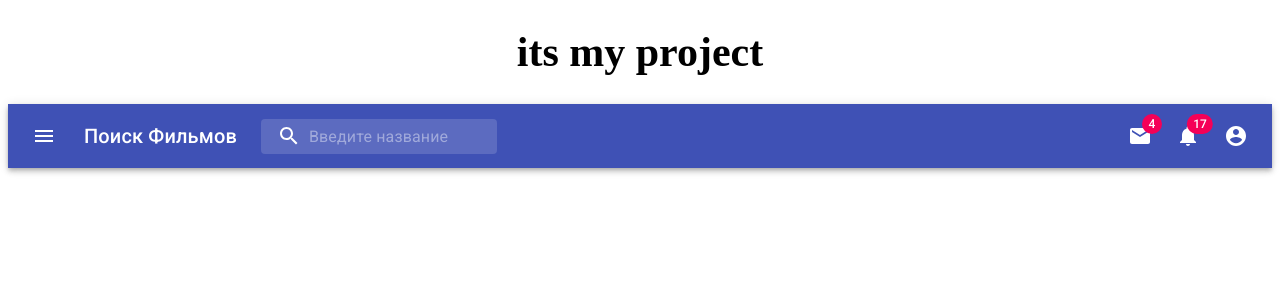
Repository: Hansol46/Films-archive
Page: /
These files come from the project's save history. The page is drawn as it stood at one moment and after the next save; the edit follows.
The browser window is 1280 px wide. The pictures show the whole page.
The page's requests for data from a server got no answer. The project was rebuilt for these pictures with package versions that can differ from the ones it lists, and the page was loaded fresh each time. No one was signed in, and anything a server would have sent is missing. Also part of the build but not shown: webpack.config.js.

Above is the page before, as saved 2020-09-25 01:13:44.

### src/index.html
<!DOCTYPE html>
<html lang="en">
<head>
    <meta charset="UTF-8">
    <meta name="viewport" content="width=device-width, initial-scale=1.0">
    <title>Search Films</title>
    <link rel="stylesheet" href="https://fonts.googleapis.com/css?family=Roboto:300,400,500,700&display=swap" />
    <link rel="stylesheet" href="https://fonts.googleapis.com/icon?family=Material+Icons" />
</head>
<body>
    <div id='root'>

    </div>
</body>
</html>

### src/index.js
import React from 'react'
import ReactDOM from 'react-dom'
import App from './components/App'


ReactDOM.render(<App />, document.getElementById('root'))

### src/components/App.js
import React from 'react'
import '../styles/App.css'
import PrimarySearchAppBar from './material/nav'
import Search from './Search'


function App () {
    return (
        <div>
            <h1> its my project</h1>
            <PrimarySearchAppBar />
            <Search />
        </div>
    )
}

export default App

### src/styles/App.css
h1 {
    color: black;
    text-align: center;
    font-size: 42px;
}

### src/components/material/nav.js
import React from 'react';
import { fade, makeStyles } from '@material-ui/core/styles';
import AppBar from '@material-ui/core/AppBar';
import Toolbar from '@material-ui/core/Toolbar';
import IconButton from '@material-ui/core/IconButton';
import Typography from '@material-ui/core/Typography';
import InputBase from '@material-ui/core/InputBase';
import Badge from '@material-ui/core/Badge';
import MenuItem from '@material-ui/core/MenuItem';
import Menu from '@material-ui/core/Menu';
import MenuIcon from '@material-ui/icons/Menu';
import SearchIcon from '@material-ui/icons/Search';
import AccountCircle from '@material-ui/icons/AccountCircle';
import MailIcon from '@material-ui/icons/Mail';
import NotificationsIcon from '@material-ui/icons/Notifications';
import MoreIcon from '@material-ui/icons/MoreVert';

const useStyles = makeStyles((theme) => ({
  grow: {
    flexGrow: 1,
  },
  menuButton: {
    marginRight: theme.spacing(2),
  },
  title: {
    display: 'none',
    [theme.breakpoints.up('sm')]: {
      display: 'block',
    },
  },
  search: {
    position: 'relative',
    borderRadius: theme.shape.borderRadius,
    backgroundColor: fade(theme.palette.common.white, 0.15),
    '&:hover': {
      backgroundColor: fade(theme.palette.common.white, 0.25),
    },
    marginRight: theme.spacing(2),
    marginLeft: 0,
    width: '100%',
    [theme.breakpoints.up('sm')]: {
      marginLeft: theme.spacing(3),
      width: 'auto',
    },
  },
  searchIcon: {
    padding: theme.spacing(0, 2),
    height: '100%',
    position: 'absolute',
    pointerEvents: 'none',
    display: 'flex',
    alignItems: 'center',
    justifyContent: 'center',
  },
  inputRoot: {
    color: 'inherit',
  },
  inputInput: {
    padding: theme.spacing(1, 1, 1, 0),
    // vertical padding + font size from searchIcon
    paddingLeft: `calc(1em + ${theme.spacing(4)}px)`,
    transition: theme.transitions.create('width'),
    width: '100%',
    [theme.breakpoints.up('md')]: {
      width: '20ch',
    },
  },
  sectionDesktop: {
    display: 'none',
    [theme.breakpoints.up('md')]: {
      display: 'flex',
    },
  },
  sectionMobile: {
    display: 'flex',
    [theme.breakpoints.up('md')]: {
      display: 'none',
    },
  },
}));

export default function PrimarySearchAppBar() {
  const classes = useStyles();
  const [anchorEl, setAnchorEl] = React.useState(null);
  const [mobileMoreAnchorEl, setMobileMoreAnchorEl] = React.useState(null);

  const isMenuOpen = Boolean(anchorEl);
  const isMobileMenuOpen = Boolean(mobileMoreAnchorEl);

  const handleProfileMenuOpen = (event) => {
    setAnchorEl(event.currentTarget);
  };

  const handleMobileMenuClose = () => {
    setMobileMoreAnchorEl(null);
  };

  const handleMenuClose = () => {
    setAnchorEl(null);
    handleMobileMenuClose();
  };

  const handleMobileMenuOpen = (event) => {
    setMobileMoreAnchorEl(event.currentTarget);
  };

  const menuId = 'primary-search-account-menu';
  const renderMenu = (
    <Menu
      anchorEl={anchorEl}
      anchorOrigin={{ vertical: 'top', horizontal: 'right' }}
      id={menuId}
      keepMounted
      transformOrigin={{ vertical: 'top', horizontal: 'right' }}
      open={isMenuOpen}
      onClose={handleMenuClose}
    >
      <MenuItem onClick={handleMenuClose}>Profile</MenuItem>
      <MenuItem onClick={handleMenuClose}>My account</MenuItem>
    </Menu>
  );

  const mobileMenuId = 'primary-search-account-menu-mobile';
  const renderMobileMenu = (
    <Menu
      anchorEl={mobileMoreAnchorEl}
      anchorOrigin={{ vertical: 'top', horizontal: 'right' }}
      id={mobileMenuId}
      keepMounted
      transformOrigin={{ vertical: 'top', horizontal: 'right' }}
      open={isMobileMenuOpen}
      onClose={handleMobileMenuClose}
    >
      <MenuItem>
        <IconButton aria-label="show 4 new mails" color="inherit">
          <Badge badgeContent={4} color="secondary">
            <MailIcon />
          </Badge>
        </IconButton>
        <p>Messages</p>
      </MenuItem>
      <MenuItem>
        <IconButton aria-label="show 11 new notifications" color="inherit">
          <Badge badgeContent={11} color="secondary">
            <NotificationsIcon />
          </Badge>
        </IconButton>
        <p>Notifications</p>
      </MenuItem>
      <MenuItem onClick={handleProfileMenuOpen}>
        <IconButton
          aria-label="account of current user"
          aria-controls="primary-search-account-menu"
          aria-haspopup="true"
          color="inherit"
        >
          <AccountCircle />
        </IconButton>
        <p>Profile</p>
      </MenuItem>
    </Menu>
  );

  return (
    <div className={classes.grow}>
      <AppBar position="static">
        <Toolbar>
          <IconButton
            edge="start"
            className={classes.menuButton}
            color="inherit"
            aria-label="open drawer"
          >
            <MenuIcon />
          </IconButton>
          <Typography className={classes.title} variant="h6" noWrap>
            Поиск Фильмов
          </Typography>
          <div className={classes.search}>
            <div className={classes.searchIcon}>
              <SearchIcon />
            </div>
            <InputBase
              placeholder="Введите название"
              classes={{
                root: classes.inputRoot,
                input: classes.inputInput,
              }}
              inputProps={{ 'aria-label': 'search' }}
            />
          </div>
          <div className={classes.grow} />
          <div className={classes.sectionDesktop}>
            <IconButton aria-label="show 4 new mails" color="inherit">
              <Badge badgeContent={4} color="secondary">
                <MailIcon />
              </Badge>
            </IconButton>
            <IconButton aria-label="show 17 new notifications" color="inherit">
              <Badge badgeContent={17} color="secondary">
                <NotificationsIcon />
              </Badge>
            </IconButton>
            <IconButton
              edge="end"
              aria-label="account of current user"
              aria-controls={menuId}
              aria-haspopup="true"
              onClick={handleProfileMenuOpen}
              color="inherit"
            >
              <AccountCircle />
            </IconButton>
          </div>
          <div className={classes.sectionMobile}>
            <IconButton
              aria-label="show more"
              aria-controls={mobileMenuId}
              aria-haspopup="true"
              onClick={handleMobileMenuOpen}
              color="inherit"
            >
              <MoreIcon />
            </IconButton>
          </div>
        </Toolbar>
      </AppBar>
      {renderMobileMenu}
      {renderMenu}
    </div>
  );
}

### src/components/Search.js
import React, { useEffect, useState } from 'react'

function Search() {

    const [state, setState] = useState([]);

    useEffect(() => {
        const APIurl = 'http://www.omdbapi.com/?i=tt3896198&apikey=480344f1'
        fetch(APIurl)
            .then(response => response.json())
            .then(json => setState(json))
    }, [])

    // http://www.omdbapi.com/?t=inception&y=&plot=short&r=json

    return(
        <div>
            {state.Title}
            <br></br>
            {state.Year}
            <br></br>
            <img src={state.Poster}/>
        </div>

    )


}
export default Search

After the next save:
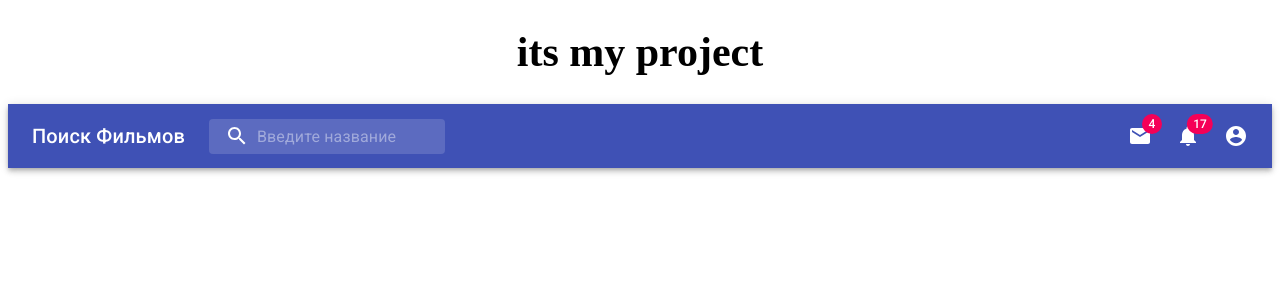
Saved 20 s later.
--- a/src/components/material/nav.js
+++ b/src/components/material/nav.js
@@ -165,14 +165,14 @@ export default function PrimarySearchAppBar() {
     <div className={classes.grow}>
       <AppBar position="static">
         <Toolbar>
-          <IconButton
+          {/* <IconButton
             edge="start"
             className={classes.menuButton}
             color="inherit"
             aria-label="open drawer"
           >
             <MenuIcon />
-          </IconButton>
+          </IconButton> */}
           <Typography className={classes.title} variant="h6" noWrap>
             Поиск Фильмов
           </Typography>
